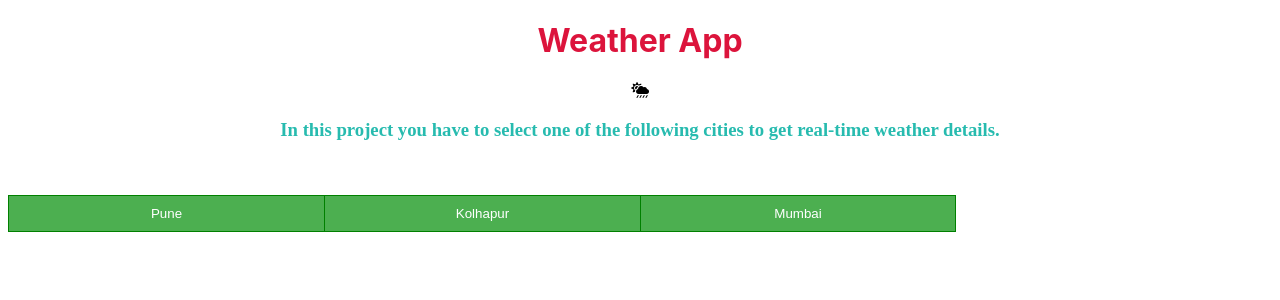
Repository: AalokJadhav/Weather_Website
Page: welcome.html
The author's editor kept a copy of each file at every save. The page is drawn from the files as they stood at one save, then again after the next save.
The browser window is 1280 px wide. The pictures show the whole page.
Some web libraries are served in a nearby version.

Above is the page before, as saved 2020-11-03 08:07:58.

After the next save:
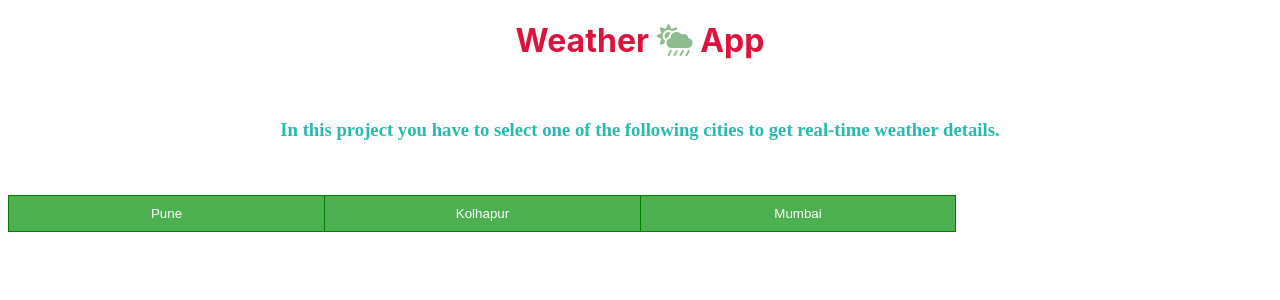
Saved 84 s later.
--- a/welcome.html
+++ b/welcome.html
@@ -35,8 +35,8 @@
     }
     </style>
 <body style="text-align: center;">
-    <h1 style="font-family:-apple-system, BlinkMacSystemFont, 'Segoe UI', Roboto, Oxygen, Ubuntu, Cantarell, 'Open Sans', 'Helvetica Neue', sans-serif; color: crimson;text-align: center;"> Weather App</h1>
-    <i class="fas fa-cloud-sun-rain"></i>
+    <h1 style="font-family:-apple-system, BlinkMacSystemFont, 'Segoe UI', Roboto, Oxygen, Ubuntu, Cantarell, 'Open Sans', 'Helvetica Neue', sans-serif; color: crimson;text-align: center;"> Weather     <i class="fas fa-cloud-sun-rain" style="line-height: 0px; color: darkseagreen;"></i>
+        App</h1>
     <br>
     <h3>
         <p style="color: rgb(39, 187, 175);">
